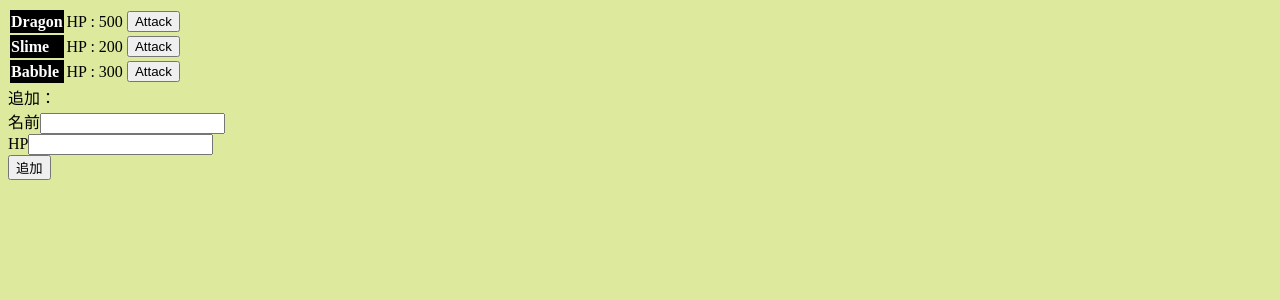
Repository: minoto9/vue_tutorial
Page: sampler/index.html
An editor plug-in stored every save of this project. The page is shown before and after the next save, followed by the edit.
The browser window is 1280 px wide. The pictures show the whole page.

Above is the page before, as saved 2019-07-10 21:01:55.

### sampler/index.html
<!DOCTYPE html>
<html lang="ja">
<head>
    <meta charset="UTF-8">
    <meta name="viewport" content="width=device-width, initial-scale=1.0">
    <meta http-equiv="X-UA-Compatible" content="ie=edge">
    <link rel="stylesheet" href="style.css">
    <script src="https://cdn.jsdelivr.net/npm/vue@2.6.10/dist/vue.js"></script>
    <title>Document</title>
</head>
<body>
    <div id="app">
        <table>
            <tr v-for="item in list" v-bind:key="item.id">
                <td class="monsterName" v-bind:class="{warn: item.hp <= item.hp / 10}">{{ item.name }}</td>
                <td>HP : {{ item.hp }}</td>
                <td><button v-on:click="attack">Attack</button></td>
            </tr>
        </table>
        追加：<br>
        名前<input v-model="name"><br>
        HP<input v-model="hp"><br>
        <button v-on:click="doAdd">追加</button>
    </div>
    <script src="./main.js"></script>
</body>
</html>

### sampler/style.css
html {
    background-color: rgba(177, 204, 22, 0.425)
}

li {
    list-style: none;
}

.monsterName {
    background-color: black;
    color: white;
    font-weight: bold;
}

.warn {
    background-color: red;
}

### sampler/main.js
new Vue({
    el: '#app',
    data: {
        list: [
            {id: 1, name: "Dragon", hp: 500},
            {id: 2, name: "Slime", hp: 200},
            {id: 3, name: "Babble", hp: 300}
        ]
    },
    methods: {
        doAdd: function() {
            var max = this.list.reduce(function(a,b) {
                return a > b.id ? a : b.id
            }, 0)
            this.list.push({
                id: max + 1,
                name: this.name,
                hp: this.hp
            })
        }
    }
})

After the next save:
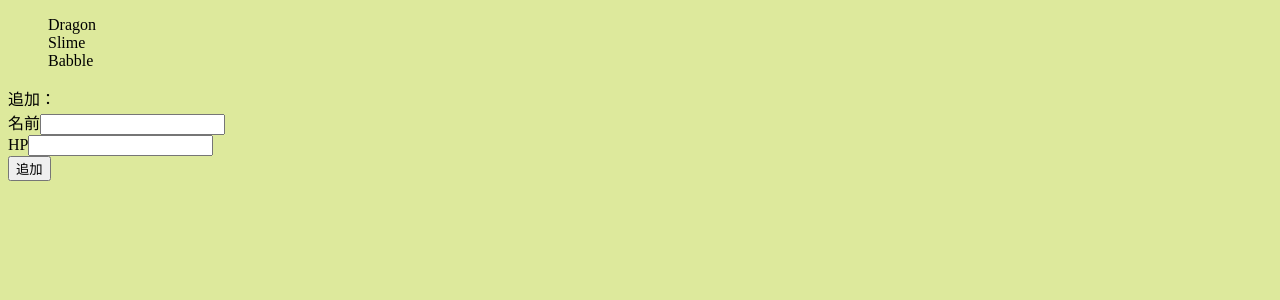
Saved 4 min 7 s later.
--- a/sampler/index.html
+++ b/sampler/index.html
@@ -10,13 +10,16 @@
 </head>
 <body>
     <div id="app">
-        <table>
+        <ul>
+            <li v-for="item in list" v-bind:key="item.id">{{ item.name }}</li>
+        </ul>
+        <!-- <table>
             <tr v-for="item in list" v-bind:key="item.id">
                 <td class="monsterName" v-bind:class="{warn: item.hp <= item.hp / 10}">{{ item.name }}</td>
                 <td>HP : {{ item.hp }}</td>
                 <td><button v-on:click="attack">Attack</button></td>
             </tr>
-        </table>
+        </table> -->
         追加：<br>
         名前<input v-model="name"><br>
         HP<input v-model="hp"><br>
